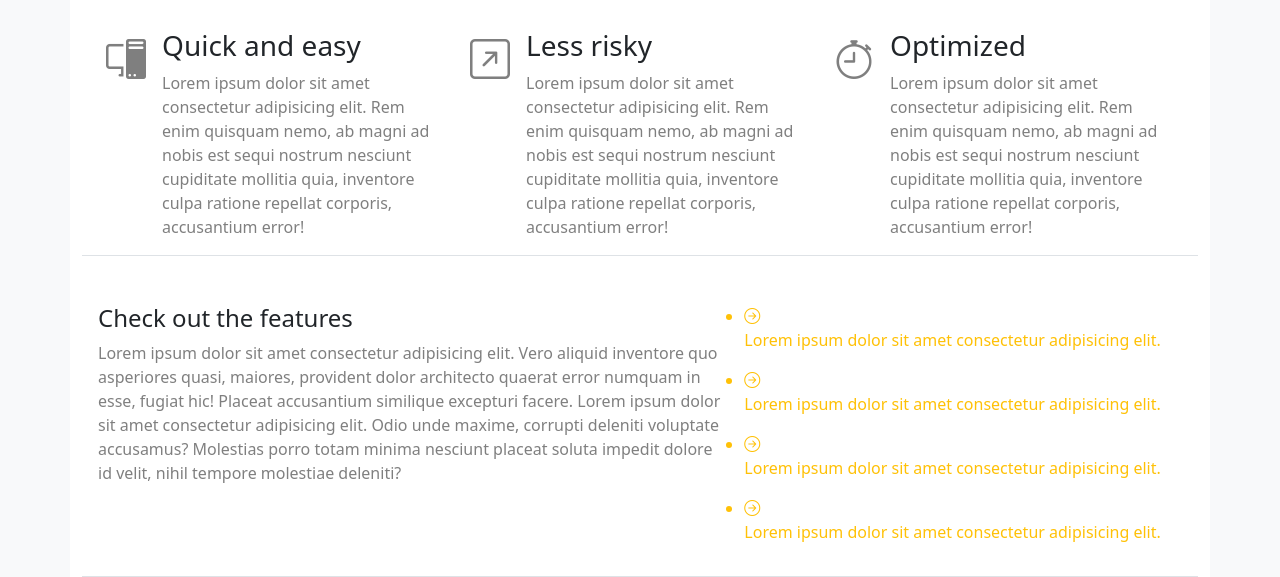
Repository: lyvandat/dh---bootstrap1
Page: index.html
An editor plug-in stored every save of this project. The page is shown before and after the next save, followed by the edit.
The browser window is 1280 px wide. The pictures show the part of the page from y = 545 to 1290 px (the page is 1122 px tall before and 1290 px after).
A picture or video elsewhere on the page could not be fetched, so the positions and the page height are approximate. Some web libraries are served in a nearby version.

Above is the page before, as saved 2022-11-01 20:59:09.

After the next save:
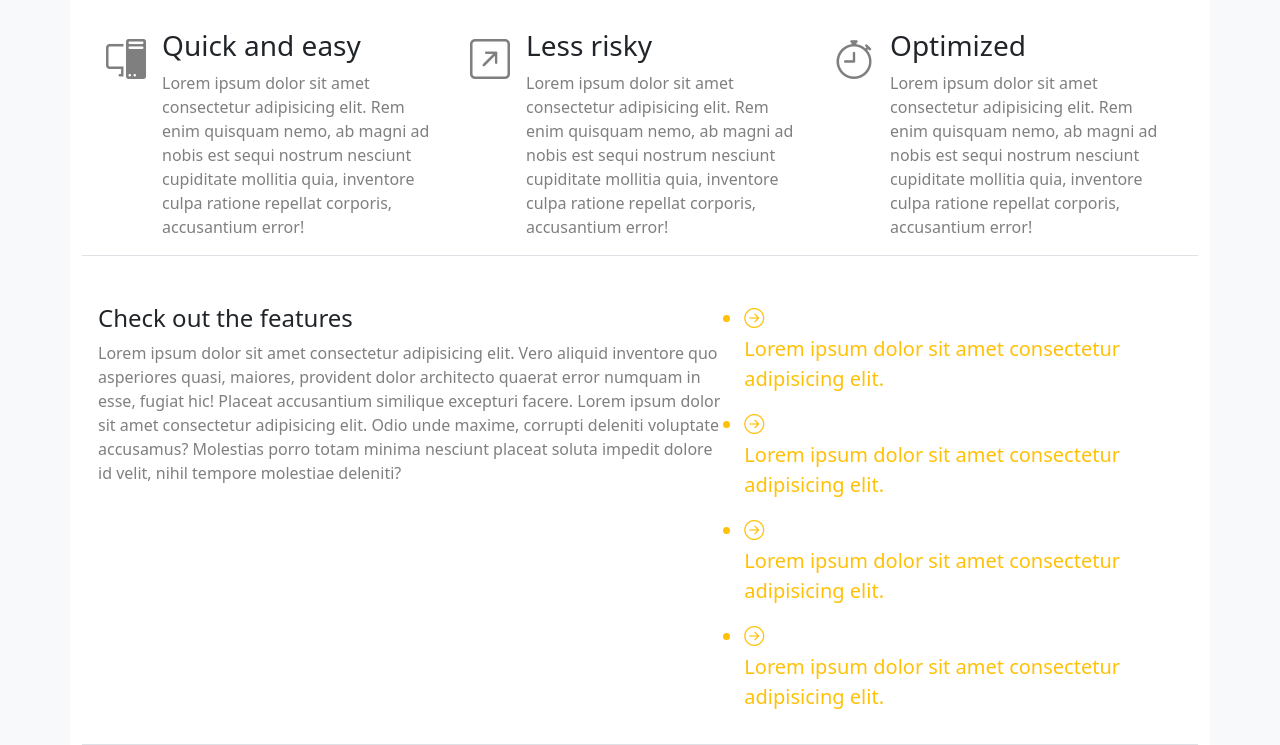
Saved 5 s later.
--- a/index.html
+++ b/index.html
@@ -106,19 +106,19 @@
       <section class="row px-3 ">
         <div class="col-7"><h4>Check out the features</h4><p class="text-black-50 fw-medium">Lorem ipsum dolor sit amet consectetur adipisicing elit. Vero aliquid inventore quo asperiores quasi, maiores, provident dolor architecto quaerat error numquam in esse, fugiat hic! Placeat accusantium similique excepturi facere. Lorem ipsum dolor sit amet consectetur adipisicing elit. Odio unde maxime, corrupti deleniti voluptate accusamus? Molestias porro totam minima nesciunt placeat soluta impedit dolore id velit, nihil tempore molestiae deleniti?</p></div>
         <ul class="col-5">
-          <li class="text-warning">
+          <li class="text-warning fs-5">
             <i class="bi bi-arrow-right-circle"></i>
             <p>Lorem ipsum dolor sit amet consectetur adipisicing elit.</p>
           </li>
-          <li class="text-warning">
+          <li class="text-warning fs-5">
             <i class="bi bi-arrow-right-circle"></i>
             <p>Lorem ipsum dolor sit amet consectetur adipisicing elit.</p>
           </li>
-          <li class="text-warning">
+          <li class="text-warning fs-5">
             <i class="bi bi-arrow-right-circle"></i>
             <p>Lorem ipsum dolor sit amet consectetur adipisicing elit.</p>
           </li>
-          <li class="text-warning">
+          <li class="text-warning fs-5">
             <i class="bi bi-arrow-right-circle"></i>
             <p>Lorem ipsum dolor sit amet consectetur adipisicing elit.</p>
           </li>

After the save that followed:
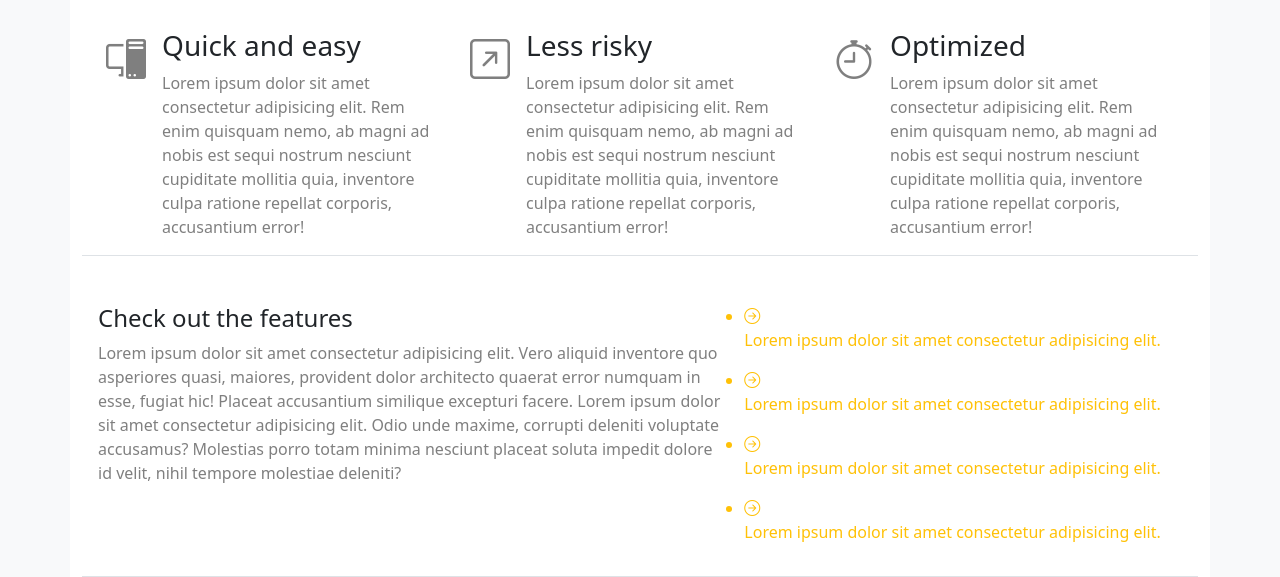
Saved 5 s later.
--- a/index.html
+++ b/index.html
@@ -106,19 +106,19 @@
       <section class="row px-3 ">
         <div class="col-7"><h4>Check out the features</h4><p class="text-black-50 fw-medium">Lorem ipsum dolor sit amet consectetur adipisicing elit. Vero aliquid inventore quo asperiores quasi, maiores, provident dolor architecto quaerat error numquam in esse, fugiat hic! Placeat accusantium similique excepturi facere. Lorem ipsum dolor sit amet consectetur adipisicing elit. Odio unde maxime, corrupti deleniti voluptate accusamus? Molestias porro totam minima nesciunt placeat soluta impedit dolore id velit, nihil tempore molestiae deleniti?</p></div>
         <ul class="col-5">
-          <li class="text-warning fs-5">
+          <li class="text-warning fs-6">
             <i class="bi bi-arrow-right-circle"></i>
             <p>Lorem ipsum dolor sit amet consectetur adipisicing elit.</p>
           </li>
-          <li class="text-warning fs-5">
+          <li class="text-warning fs-6">
             <i class="bi bi-arrow-right-circle"></i>
             <p>Lorem ipsum dolor sit amet consectetur adipisicing elit.</p>
           </li>
-          <li class="text-warning fs-5">
+          <li class="text-warning fs-6">
             <i class="bi bi-arrow-right-circle"></i>
             <p>Lorem ipsum dolor sit amet consectetur adipisicing elit.</p>
           </li>
-          <li class="text-warning fs-5">
+          <li class="text-warning fs-6">
             <i class="bi bi-arrow-right-circle"></i>
             <p>Lorem ipsum dolor sit amet consectetur adipisicing elit.</p>
           </li>
